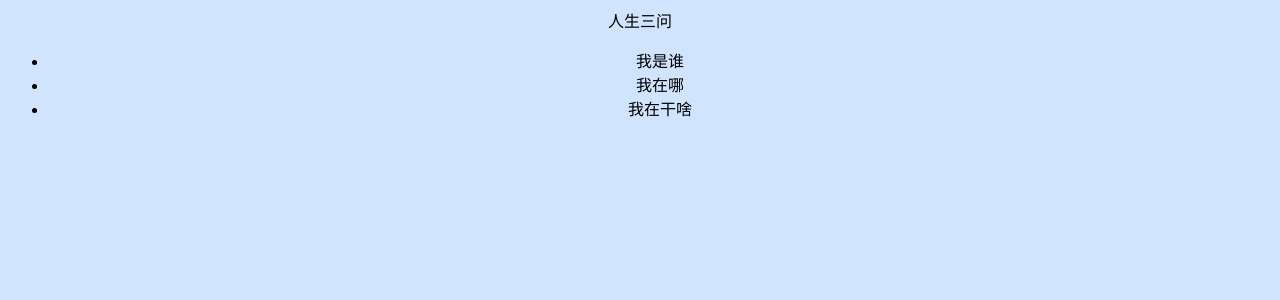
Repository: biuiuiu/springStudy
Page: http://localhost/Sad/
An editor plug-in stored every save of this project. The page is shown before and after the next save, followed by the edit.
The browser window is 1280 px wide. The pictures show the whole page.
The page is served by Tomcat 9.

Above is the page before, as saved 2017-06-14 01:40:55.

After the next save:
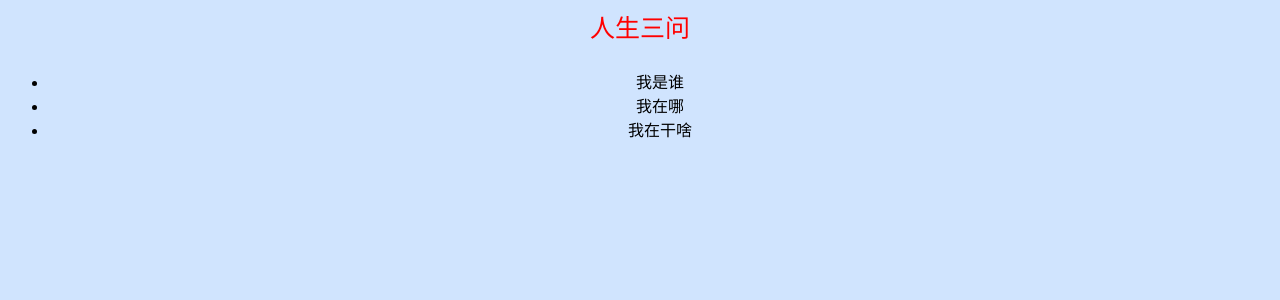
Saved 74 s later.
--- a/Sad/WebContent/index.jsp
+++ b/Sad/WebContent/index.jsp
@@ -13,6 +13,10 @@
 		 background-color:#d0e4fe;
 		 text-align:center;
 	}
+	p{
+		color:#ff0000;
+		font-size:25px;
+	}
 </style>
 </head>
 
